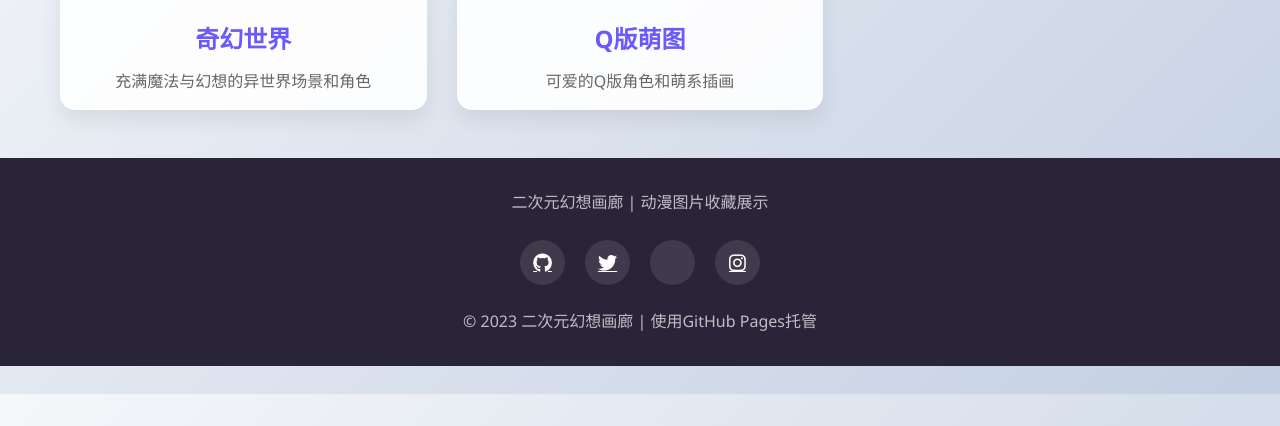
Repository: Ke-scholar/Ke-scholar.github.io
Page: index.html
An editor plug-in stored every save of this project. The page is shown before and after a run of saves, followed by the edit.
The browser window is 1280 px wide. The pictures show the part of the page from y = 1046 to 1498 px (the page is 1472 px tall before and 1498 px after).
Backgrounds fixed to the window are drawn as part of the page.

Above is the page before, as saved 2025-06-26 02:11:19.

### index.html
<!DOCTYPE html>
<html lang="zh-CN">
<head>
    <meta charset="UTF-8">
    <meta name="viewport" content="width=device-width, initial-scale=1.0">
    <title>二次元幻想画廊 | 动漫图片收藏展示</title>
    <link rel="stylesheet" href="css/style.css">
    <link rel="stylesheet" href="https://cdnjs.cloudflare.com/ajax/libs/font-awesome/6.4.0/css/all.min.css">
</head>
<body>
    <!-- 页头 -->
    <header>
        <div class="header-content">
            <h1><i class="fas fa-star"></i> 二次元幻想画廊 <i class="fas fa-star"></i></h1>
            <p class="subtitle">收藏与分享精美的动漫艺术作品，探索无限可能的二次元世界</p>
        </div>
    </header>

    <!-- 主要内容 -->
    <div class="container">
        <div class="gallery-info">
            <h2><i class="fas fa-paint-brush"></i> 我的二次元收藏分类</h2>
            <p>点击下方分类卡片查看该类别下的所有精美图片，每个分类都有精心挑选的代表作品。</p>
        </div>

        <!-- 分类展示区 -->
        <div class="categories-grid">
            <!-- 分类卡片将通过JavaScript动态加载 -->
        </div>
    </div>

    <!-- 页脚 -->
    <footer>
        <div class="footer-content">
            <p>二次元幻想画廊 | 动漫图片收藏展示</p>
            <div class="social-icons">
                <a href="#"><i class="fab fa-github"></i></a>
                <a href="#"><i class="fab fa-twitter"></i></a>
                <a href="#"><i class="fab fa-pixiv"></i></a>
                <a href="#"><i class="fab fa-instagram"></i></a>
            </div>
            <p>&copy; 2023 二次元幻想画廊 | 使用GitHub Pages托管</p>
        </div>
    </footer>

    <script src="js/data.js"></script>
    <script src="js/script.js"></script>
</body>
</html>

### css/style.css
/* 全局样式 */
* {
    margin: 0;
    padding: 0;
    box-sizing: border-box;
    font-family: 'Segoe UI', Tahoma, Geneva, Verdana, sans-serif;
}

:root {
    --primary: #ff6b9d;
    --secondary: #6a5af9;
    --accent: #4ecdc4;
    --dark: #2a2438;
    --light: #f7f9fc;
    --card-bg: rgba(255, 255, 255, 0.9);
}

body {
    background: linear-gradient(135deg, #f5f7fa 0%, #c3cfe2 100%);
    background-attachment: fixed;
    color: var(--dark);
    line-height: 1.6;
    min-height: 100vh;
    padding-bottom: 60px;
}

/* 页眉样式 */
header {
    background: linear-gradient(90deg, var(--secondary), var(--primary));
    color: white;
    padding: 2rem 0;
    text-align: center;
    box-shadow: 0 4px 15px rgba(0, 0, 0, 0.1);
    position: relative;
    overflow: hidden;
}

header::before {
    content: "";
    position: absolute;
    top: 0;
    left: 0;
    right: 0;
    height: 5px;
    background: linear-gradient(90deg, var(--accent), #ffd166);
}

.header-content {
    max-width: 1200px;
    margin: 0 auto;
    padding: 0 20px;
}

h1 {
    font-size: 3.5rem;
    margin-bottom: 1rem;
    text-shadow: 3px 3px 0 rgba(0, 0, 0, 0.2);
    position: relative;
    display: inline-block;
}

h1::after {
    content: "☆";
    position: absolute;
    right: -40px;
    top: -15px;
    font-size: 2rem;
    color: #ffd166;
}

h1::before {
    content: "☆";
    position: absolute;
    left: -40px;
    bottom: -15px;
    font-size: 2rem;
    color: #ffd166;
}

.subtitle {
    font-size: 1.2rem;
    max-width: 600px;
    margin: 0 auto;
    opacity: 0.9;
}

/* 内容区域 */
.container {
    max-width: 1200px;
    margin: 2rem auto;
    padding: 0 20px;
}

.gallery-info {
    text-align: center;
    margin-bottom: 2rem;
    background: var(--card-bg);
    padding: 2rem;
    border-radius: 15px;
    box-shadow: 0 5px 15px rgba(0, 0, 0, 0.05);
}

.gallery-info h2 {
    color: var(--secondary);
    margin-bottom: 1rem;
    font-size: 2.2rem;
}

/* 分类网格 */
.categories-grid {
    display: grid;
    grid-template-columns: repeat(auto-fill, minmax(300px, 1fr));
    gap: 30px;
}

.category-card {
    background: var(--card-bg);
    border-radius: 15px;
    overflow: hidden;
    box-shadow: 0 10px 20px rgba(0, 0, 0, 0.08);
    transition: all 0.4s cubic-bezier(0.175, 0.885, 0.32, 1.275);
    position: relative;
    height: 350px;
    opacity: 0;
    transform: translateY(20px);
    animation: fadeInUp 0.5s forwards;
}

@keyframes fadeInUp {
    to {
        opacity: 1;
        transform: translateY(0);
    }
}

.category-card:hover {
    transform: translateY(-10px) scale(1.02);
    box-shadow: 0 15px 30px rgba(0, 0, 0, 0.15);
}

.category-img {
    width: 100%;
    height: 240px;
    object-fit: cover;
    display: block;
    transition: all 0.5s ease;
}

.category-card:hover .category-img {
    transform: scale(1.1);
}

.category-overlay {
    position: absolute;
    top: 0;
    left: 0;
    right: 0;
    bottom: 0;
    background: linear-gradient(to top, rgba(106, 90, 249, 0.8), transparent);
    display: flex;
    flex-direction: column;
    justify-content: flex-end;
    padding: 20px;
    opacity: 0;
    transition: opacity 0.4s ease;
}

.category-card:hover .category-overlay {
    opacity: 1;
}

.category-title {
    color: white;
    font-size: 2rem;
    font-weight: bold;
    margin-bottom: 5px;
    text-shadow: 1px 1px 3px rgba(0, 0, 0, 0.7);
}

.category-count {
    color: rgba(255, 255, 255, 0.9);
    font-size: 1.1rem;
    background: rgba(0, 0, 0, 0.3);
    padding: 5px 15px;
    border-radius: 20px;
    display: inline-block;
}

.category-info {
    padding: 20px;
    text-align: center;
}

.category-info h3 {
    color: var(--secondary);
    margin-bottom: 10px;
    font-size: 1.5rem;
}

.category-info p {
    color: #666;
    font-size: 1rem;
}

/* 页脚样式 */
footer {
    background: var(--dark);
    color: rgba(255, 255, 255, 0.7);
    text-align: center;
    padding: 2rem 0;
    margin-top: 3rem;
}

.footer-content {
    max-width: 1200px;
    margin: 0 auto;
    padding: 0 20px;
}

.social-icons {
    display: flex;
    justify-content: center;
    gap: 20px;
    margin: 1.5rem 0;
}

.social-icons a {
    color: white;
    background: rgba(255, 255, 255, 0.1);
    width: 45px;
    height: 45px;
    border-radius: 50%;
    display: flex;
    align-items: center;
    justify-content: center;
    font-size: 1.2rem;
    transition: all 0.3s ease;
}

.social-icons a:hover {
    background: var(--primary);
    transform: translateY(-5px);
}

/* 响应式设计 */
@media (max-width: 768px) {
    h1 {
        font-size: 2.5rem;
    }

    h1::before, h1::after {
        display: none;
    }

    .categories-grid {
        grid-template-columns: repeat(auto-fill, minmax(280px, 1fr));
    }
}

@media (max-width: 480px) {
    h1 {
        font-size: 2rem;
    }

    .categories-grid {
        grid-template-columns: 1fr;
    }
}

/* 动画效果 */
@keyframes float {
    0% { transform: translateY(0px); }
    50% { transform: translateY(-10px); }
    100% { transform: translateY(0px); }
}

.floating {
    animation: float 3s ease-in-out infinite;
}

### js/data.js
// 图片数据
const imageData = {
    categories: [
        {
            id: "characters",
            name: "人物角色",
            description: "各类动漫角色设计，包括主角、配角以及原创角色",
            coverImg: "img/characters/cover.jpg",
            totalImages: 42
        },
        {
            id: "scenes",
            name: "精美场景",
            description: "动漫中的精美场景，包括城市、自然景观和幻想世界",
            coverImg: "img/scenes/cover.jpg",
            totalImages: 36
        },
        {
            id: "fanart",
            name: "同人创作",
            description: "粉丝创作的作品，包括二次创作和同人插画",
            coverImg: "img/fanart/cover.jpg",
            totalImages: 28
        },
        {
            id: "fantasy",
            name: "奇幻世界",
            description: "充满魔法与幻想的异世界场景和角色",
            coverImg: "img/fantasy/cover.jpg",
            totalImages: 31
        },
        {
            id: "chibi",
            name: "Q版萌图",
            description: "可爱的Q版角色和萌系插画",
            coverImg: "img/chibi/cover.jpg",
            totalImages: 25
        }
    ],

    images: {
        characters: [
            {
                id: 1,
                title: "武士少女",
                imgPath: "img/characters/samurai_girl.jpg",
                description: "传统日式风格与现代设计的完美结合",
                author: "插画师: Sakura"
            },
            {
                id: 2,
                title: "学院偶像",
                imgPath: "img/characters/school_idol.jpg",
                description: "校园偶像系列主角设计，活力四射",
                author: "插画师: StarLight"
            },
            // 更多图片...
        ],

        scenes: [
            {
                id: 1,
                title: "未来都市",
                imgPath: "img/scenes/future_city.jpg",
                description: "霓虹灯光下的未来都市夜景，充满科幻感",
                author: "场景设计: CyberArt"
            },
            {
                id: 2,
                title: "樱花神社",
                imgPath: "img/scenes/sakura_shrine.jpg",
                description: "樱花盛开的古老神社场景，宁静而神圣",
                author: "场景设计: ZenArt"
            },
            // 更多图片...
        ],

        // 其他分类图片...
    }
};

// 获取所有分类
function getAllCategories() {
    return imageData.categories;
}

// 获取单个分类
function getCategoryById(id) {
    return imageData.categories.find(category => category.id === id);
}

// 获取分类下的图片
function getImagesByCategory(categoryId, limit = 8) {
    const images = imageData.images[categoryId] || [];
    return images.slice(0, limit);
}

// 获取所有图片
function getAllImagesByCategory(categoryId) {
    return imageData.images[categoryId] || [];
}

### js/script.js
document.addEventListener('DOMContentLoaded', function() {
    const categoriesGrid = document.querySelector('.categories-grid');
    const categories = getAllCategories();

    // 渲染分类卡片
    categories.forEach((category, index) => {
        const categoryCard = document.createElement('div');
        categoryCard.className = 'category-card';
        categoryCard.dataset.category = category.id;

        // 添加动画延迟
        categoryCard.style.animationDelay = `${index * 0.1}s`;

        categoryCard.innerHTML = `
            <img src="${category.coverImg}" alt="${category.name}" class="category-img">
            <div class="category-overlay">
                <div class="category-title">${category.name}</div>
                <div class="category-count">${category.totalImages}张图片</div>
            </div>
            <div class="category-info">
                <h3>${category.name}</h3>
                <p>${category.description}</p>
            </div>
        `;

        // 添加点击事件
        categoryCard.addEventListener('click', () => {
            window.location.href = `category.html?category=${category.id}`;
        });

        categoriesGrid.appendChild(categoryCard);
    });
});

After the next 2 saves:
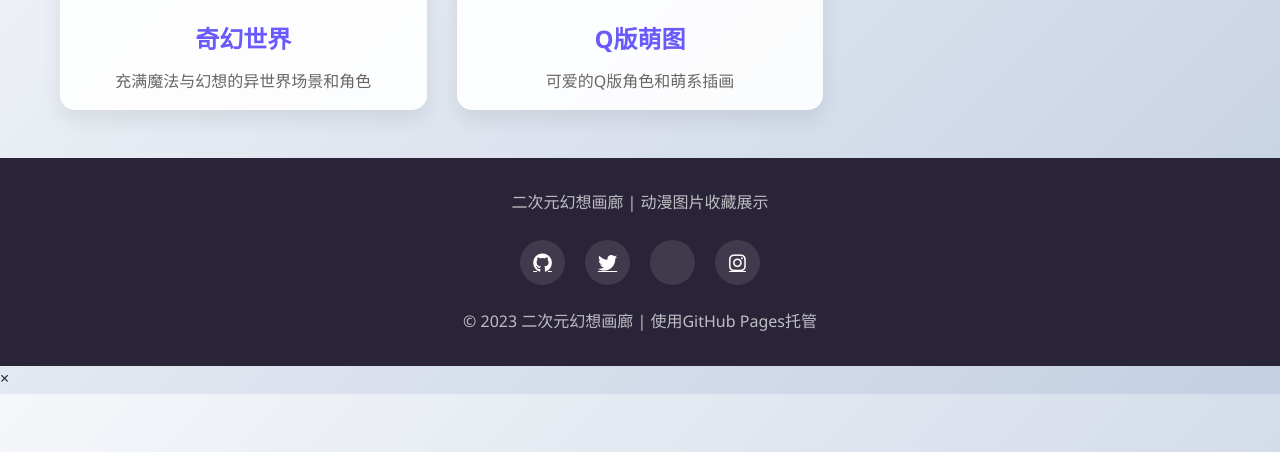
The 2 saves are shown as one change because they came seconds apart.
The last was saved 3 min 52 s later.
--- a/index.html
+++ b/index.html
@@ -43,6 +43,13 @@
         </div>
     </footer>
 
+    <!-- 灯箱（大图展示） -->
+    <div id="lightbox" class="lightbox">
+        <span class="close-btn">&times;</span>
+        <img class="lightbox-img" id="lightbox-image">
+        <div class="lightbox-caption" id="lightbox-caption"></div>
+    </div>
+
     <script src="js/data.js"></script>
     <script src="js/script.js"></script>
 </body>
